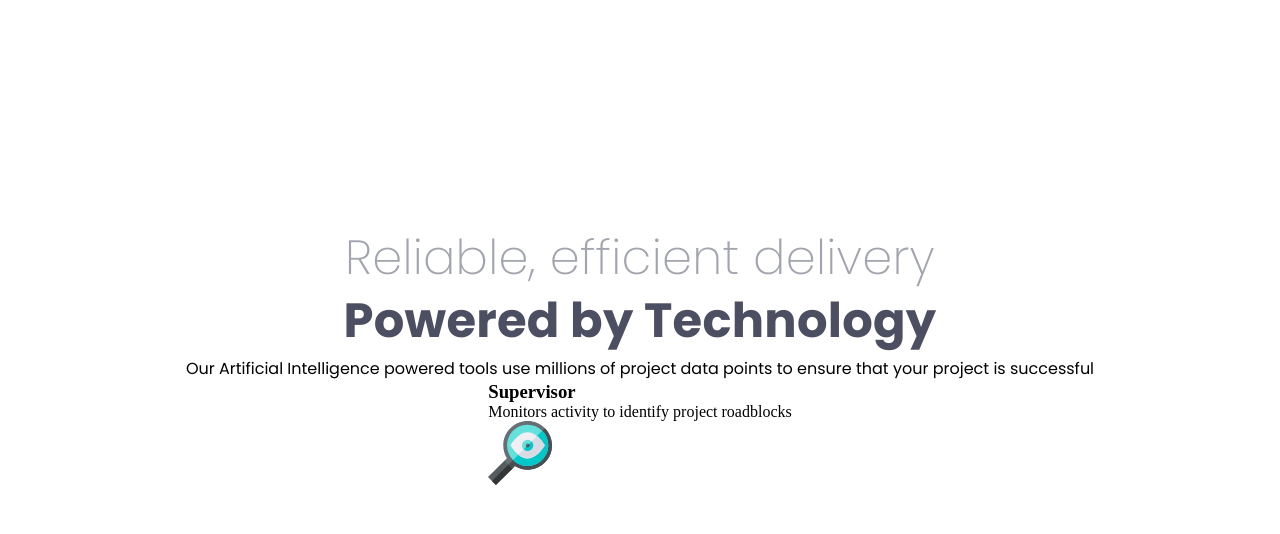
Repository: brandontaylor1/four-card-feature
Page: index.html
An editor plug-in stored every save of this project. The page is shown before and after the next save, followed by the edit.
The browser window is 1280 px wide. The pictures show the whole page.

Above is the page before, as saved 2025-01-09 22:35:15.

After the next save:
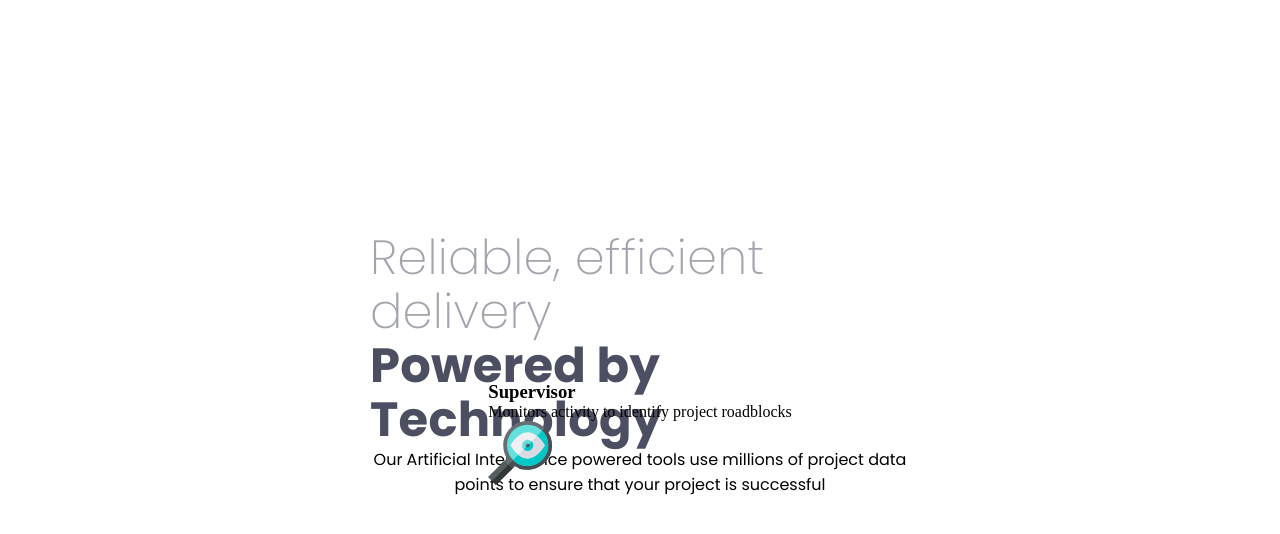
Saved 30 s later.
--- a/styles.css
+++ b/styles.css
@@ -29,6 +29,7 @@
     align-items: center;
     justify-content: space-between;
     height: 150px;
+    width: 540px;
 }
 
 .page-content h1 {
@@ -54,5 +55,6 @@
     font-family: "Poppins", sans-serif;
     font-weight: 400;
     line-height: 25px;
+    text-align: center;
 
 }

After the save that followed:
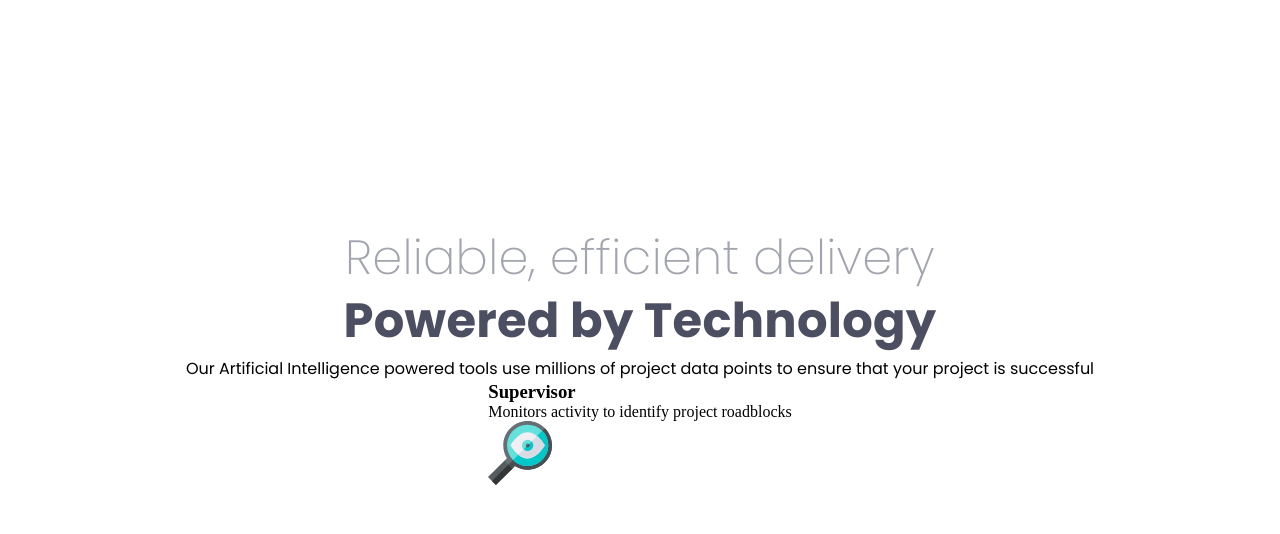
Saved 19 s later.
--- a/styles.css
+++ b/styles.css
@@ -29,7 +29,6 @@
     align-items: center;
     justify-content: space-between;
     height: 150px;
-    width: 540px;
 }
 
 .page-content h1 {
